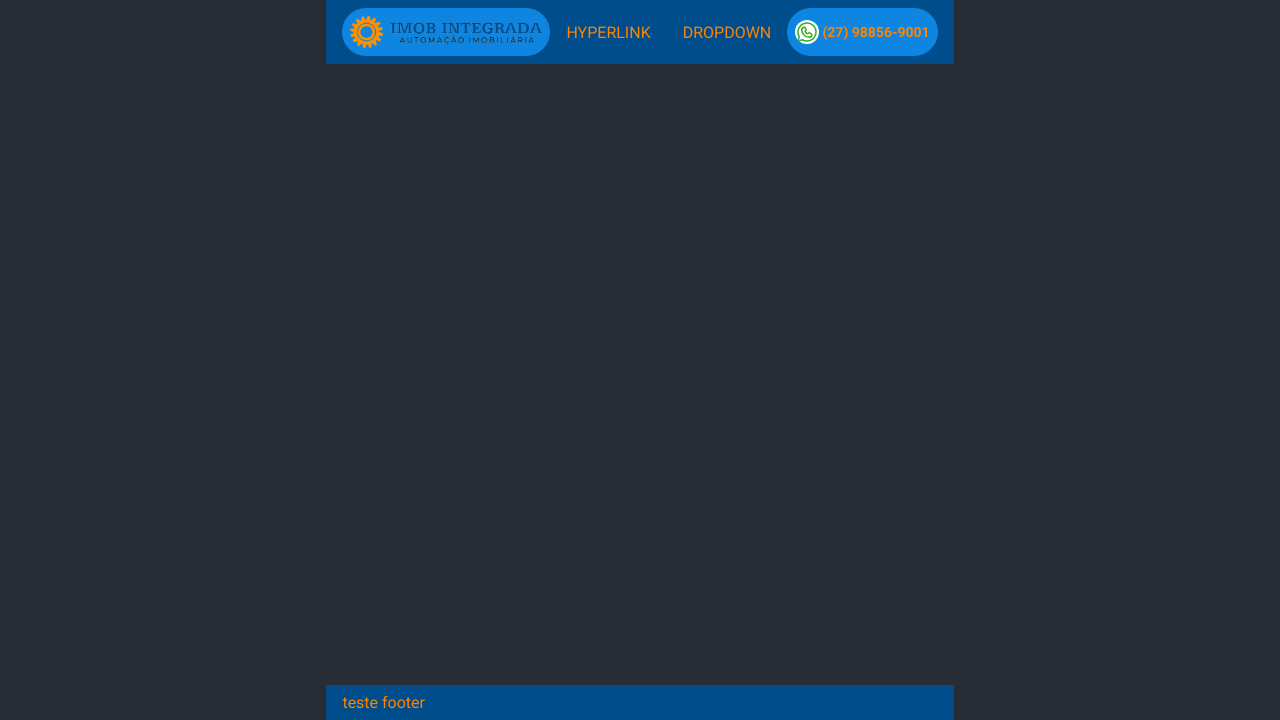
Repository: K0slov/testeAPI
Page: /
The author's editor kept a copy of each file at every save. The page is drawn from the files as they stood at one save, then again after the next save.
The browser window is 1280 px wide. The pictures show the whole page.
The project was rebuilt for these pictures with package versions that can differ from the ones it lists, and the page was loaded fresh each time. Also part of the build but not shown: vite.config.ts.

Above is the page before, as saved 2022-06-27 16:59:20.

### index.html
<!DOCTYPE html>
<html lang="en">
  <head>
    <meta charset="UTF-8" />
    <link rel="icon" type="image/svg+xml" href="/src/favicon.svg" />
    <meta name="viewport" content="width=device-width, initial-scale=1.0" />
    <link rel="preconnect" href="https://fonts.googleapis.com" />
    <link rel="preconnect" href="https://fonts.gstatic.com" crossorigin />
    <link href="https://fonts.googleapis.com/css2?family=Roboto:wght@400;500;700&display=swap" rel="stylesheet" />
    <title>Teste Imob</title>
  </head>
  <body>
    <div id="root"></div>
    <script type="module" src="/src/main.tsx"></script>
  </body>
</html>

### src/main.tsx
import React from 'react'
import ReactDOM from 'react-dom/client'
import App from './App'
import './styles/global.css'

ReactDOM.createRoot(document.getElementById('root')!).render(
  <React.StrictMode>
    <div style={{height: '100%', display: 'flex', flexDirection: 'column', justifyContent: 'space-between', flex: 1}}>
      <App />
    </div>
  </React.StrictMode>
)

### src/App.tsx
import { Footer } from "./components/Footer/footer"
import { Header } from "./components/Header/header"


function App() {
  return (
    <>
      <Header />
      <Footer />
    </>
  )
}

export default App

### src/styles/global.css
body {
  height: 100%;
  margin: 0;
  font-family: 'Roboto', sans-serif;
  -webkit-font-smoothing: antialiased;
  -moz-osx-font-smoothing: grayscale;
  background-color: #282c34;
  color: white;
}
html, div {
  height: 100%;
  display:flex;
  flex-direction: columsn;
  justify-content: center;
}
code {
  font-family: source-code-pro, Menlo, Monaco, Consolas, 'Courier New',
    monospace;
}

### src/components/Footer/footer.tsx
import './style.modeule.css'
import image from '../../assets/logoLaranja.png'

export function Footer() {
    return (
        <footer> teste footer </footer>
    )
}

### src/components/Header/header.tsx
import './style.modeule.css'
import image from '../../assets/logoLaranja.png'
import { WhatsappLogo } from "phosphor-react";

export function Header() {
    return(
        <header>
            <img src={image} />

            <nav className="menu">
                <a className="menu-item" href=" ">HYPERLINK</a>
                <a className="menu-item" href=" ">DROPDOWN</a>
            </nav>

            <a className="wppLink" href="">
                <div className="wpp">
                    <WhatsappLogo className="icon" size={24} color="#34af23" />
                    <p className="number">(27) 98856-9001</p>
                </div>
            </a>
        </header>
    )
}

### src/components/Footer/style.modeule.css
footer{
    padding: 0.5rem 1rem;
    background-color: #004d8b;
    display: flex;
    align-items: center;
    color: #fd8402;
    justify-content: space-between;
    align-self:
}

### src/components/Header/style.modeule.css
header{
    padding: 0.5rem 1rem;
    background-color: #004d8b;
    display: flex;
    align-items: center;
    color: #fd8402;
    justify-content: space-between;
}
img{
    width: 12rem;
    height: 2rem;
    background: #0e86e1;
    border-radius: 5rem;
    padding: 0.5rem;
}
.wpp {
    width: auto;
    height: 2rem;
    display: flex;
    flex-direction: row;
    background: #0e86e1;
    border-radius: 5rem;
    padding: 0.5rem;
    align-items: center;
    justify-content: flex-start;
}
.number {
    margin-left: 0.2rem;
    font-size: 14px;
}
.wppLink {
    text-decoration: none;
    color: #fd8402;
    font-weight: bold;

}
.wppLink:hover {
    color: #0e86e1;
    transition-duration: 150ms;
}
.wpp:hover {
    background: #fd8402;
    transition-duration: 150ms;
}
.menu {
    display: flex;
    justify-content: space-between;
}

.menu-item {
    margin: 0rem 1rem;
    color: #fd8402;
    text-decoration: none;
}
.menu-item:hover {
    opacity: 40%;
}
.icon {
    background: white;
    border-radius: 50%;
}

After the next save:
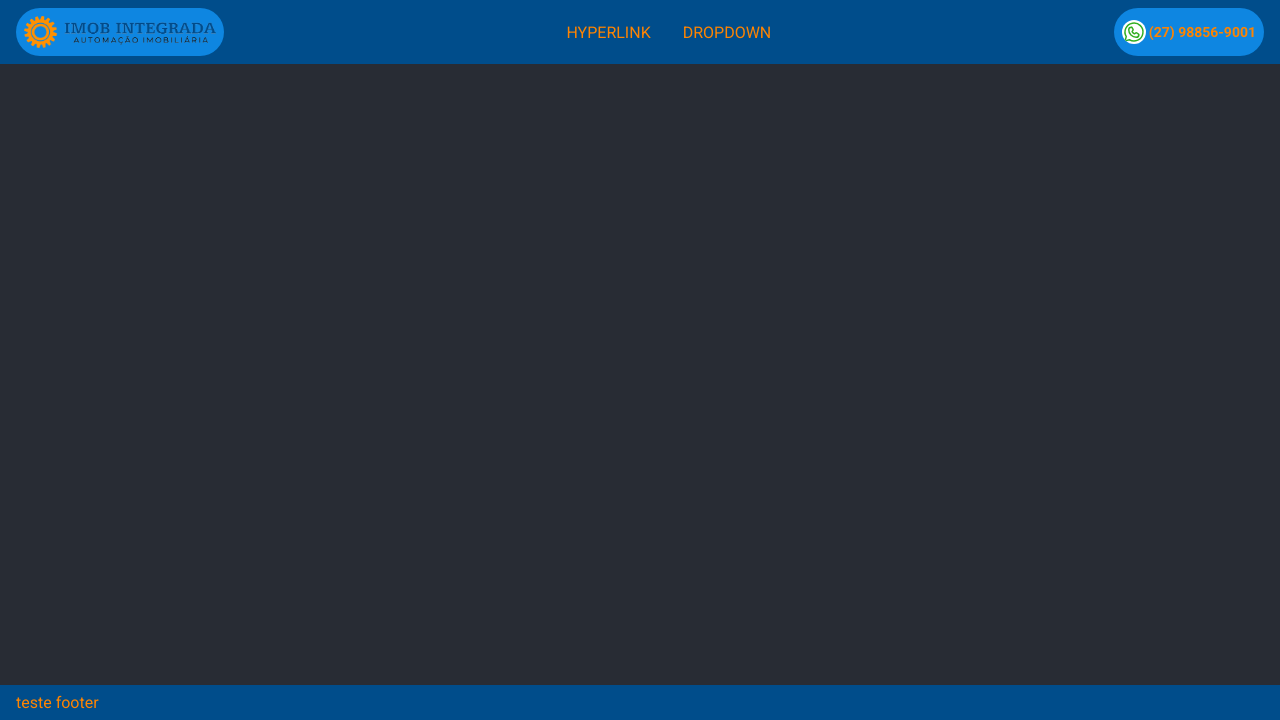
Saved 5 s later.
--- a/src/styles/global.css
+++ b/src/styles/global.css
@@ -10,7 +10,7 @@ body {
 html, div {
   height: 100%;
   display:flex;
-  flex-direction: columsn;
+  flex-direction: column;
   justify-content: center;
 }
 code {
